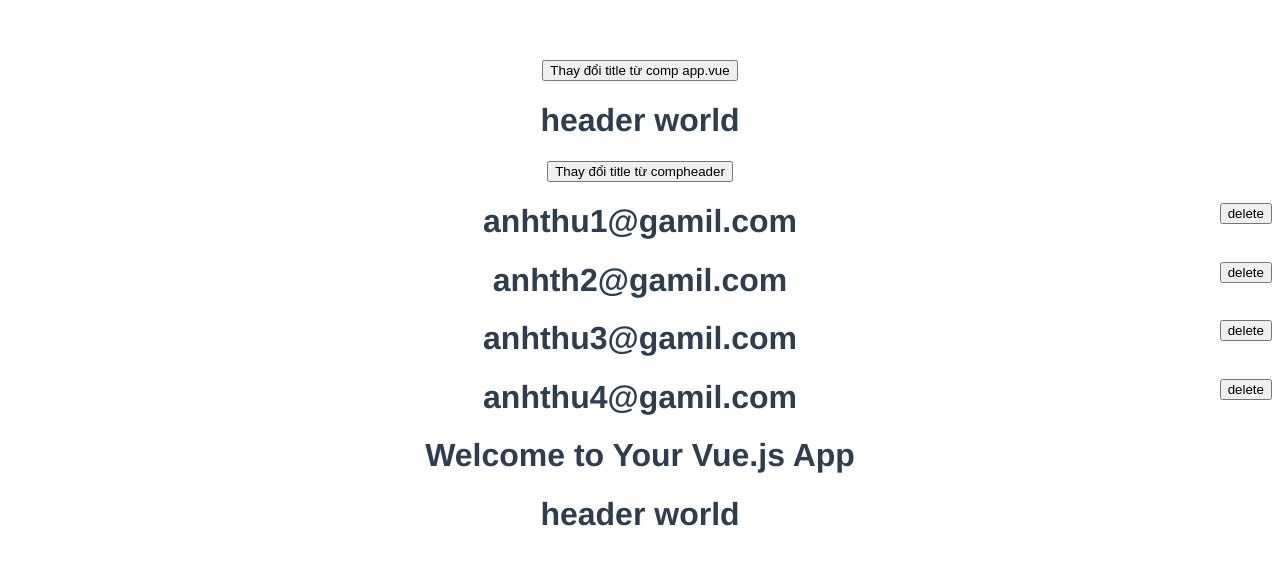
Repository: anhthu112/Todo-list
Page: /
An editor plug-in stored every save of this project. The page is shown before and after the next save, followed by the edit.
The browser window is 1280 px wide. The pictures show the whole page.
The project was rebuilt for these pictures with package versions that can differ from the ones it lists, and the page was loaded fresh each time. Also part of the build but not shown: vue.config.js.

Above is the page before, as saved 2024-01-23 14:16:25.

### src/App.vue
<template>
  <div class="container">
    <button v-on:click="title='Yoon Jeonghan'">Thay đổi title từ comp app.vue</button>
    <CompHeader v-bind:title="title"
    v-on:changeTitle="handleChangeTitle"
    />
    <ListUser v-bind:listUser="listUser"/>
    <HelloWorld msg="Welcome to Your Vue.js App"/>
    <ComFooter v-bind:title="title"/>
  </div>

</template>

<script>
import HelloWorld from './components/HelloWorld.vue'
import CompHeader from './components/CompHeader.vue';
import ComFooter from './components/ComFooter.vue';
import ListUser from './components/ListUser.vue';
export default {
  name: 'App',
  data(){
    return {
      title:'header world',
      listUser : [
        {id:1000, email:'anhthu1@gamil.com', active: true},
        {id:1001, email:'anhth2@gamil.com', active: true},
        {id:1002, email:'anhthu3@gamil.com', active: true},
        {id:1003, email:'anhthu4@gamil.com', active: false}
      ]
    }
  },
  components: {
    HelloWorld,
    CompHeader,
    ComFooter,
    ListUser
},
  methods:{
    handleChangeTitle(){
      this.title='title do header doi';
      console.log('sucess');
    }
  }
}
</script>

<style>
#app {
  font-family: Avenir, Helvetica, Arial, sans-serif;
  -webkit-font-smoothing: antialiased;
  -moz-osx-font-smoothing: grayscale;
  text-align: center;
  color: #2c3e50;
  margin-top: 60px;
}
</style>

### src/components/CompHeader.vue
<template>
    <header><h1>{{ title }}</h1></header>
    <button v-on:click="changeHeader">Thay đổi title từ compheader</button>
</template>
<script>
    export default{
        name: 'comp-header',
        props:{
            title: String,
        },
        data (){
            return {
            }
        },
        methods:{
            changeHeader(){
                console.log('truoc');
                this.$emit('myevent');
                console.log('sau')

            }
        }
    }
</script>

### src/components/ComFooter.vue
<template>
    <footer>
            <h1>{{ title }}</h1>
    </footer>

</template>
<script>
    export default{
        name: 'comp-footer',
        props: {
            title: String,
        }
    }
</script>

### src/components/ListUser.vue
<template>
    <div class="list-user">
      <User v-for="user in listUser" v-bind:key="user.id" v-bind:user="user" />
    </div>
</template>

  <script>
  import User from './User.vue';
  export default {
    name: 'ListUser',
    props: {
      listUser: {
        type: Array,
      },
    },
    components: {
      User,
    },
  };
  </script>

### src/components/User.vue
<template>
    <div class="user">
        <h1>{{ user.email }}</h1>
        <button class="delete">delete</button>
    </div>
</template>
<script>
    export default {
        name: 'userComponent',
        props:{
            user : {
                type: Object,
            }
        },
        data (){
            return {

            }
        }
    }
</script>
<style>
    .user{
        position: relative;
    }
    .delete{
        position: absolute;
        top:0;
        right:0;
    }
</style>

Loaded but not shown: public/index.html (common file); src/main.js (common file); src/components/HelloWorld.vue (common file)

After the next save:
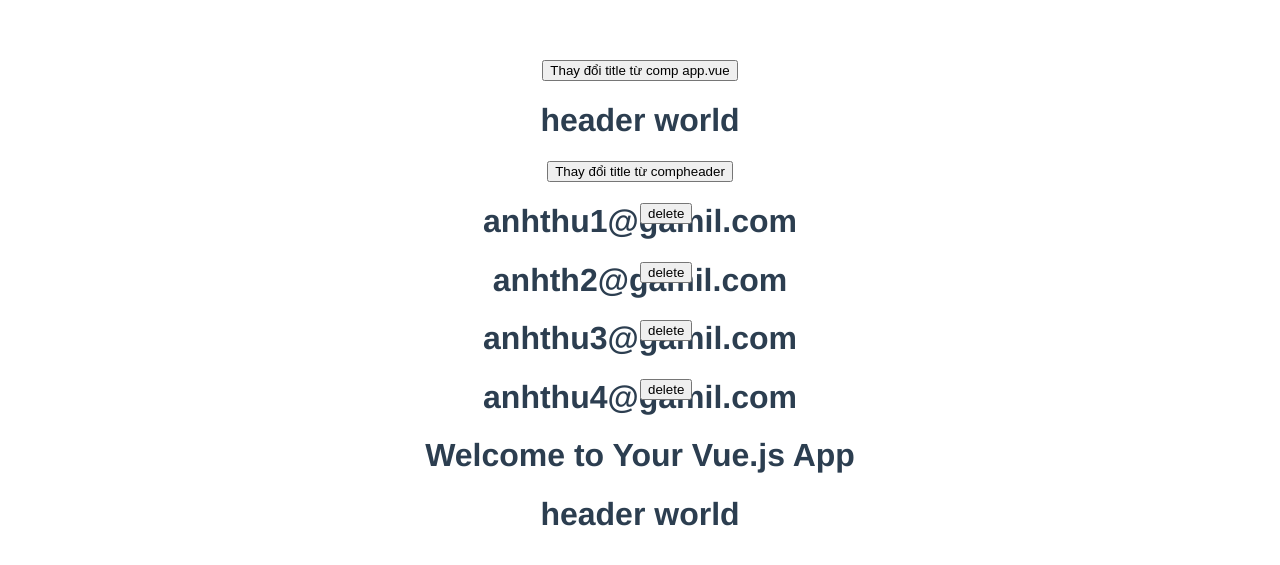
Saved 11 s later.
--- a/src/components/User.vue
+++ b/src/components/User.vue
@@ -26,6 +26,6 @@
     .delete{
         position: absolute;
         top:0;
-        right:0;
+        right:50;
     }
 </style>

After the save that followed:
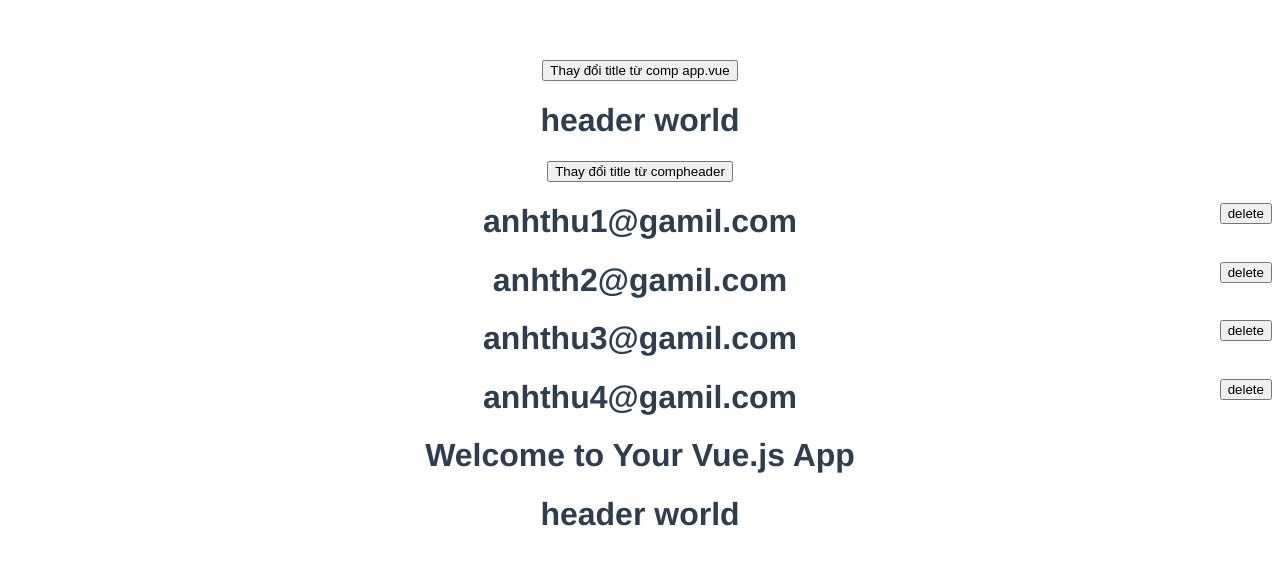
Saved 4 s later.
--- a/src/components/User.vue
+++ b/src/components/User.vue
@@ -26,6 +26,6 @@
     .delete{
         position: absolute;
         top:0;
-        right:50;
+        right:0;
     }
 </style>
